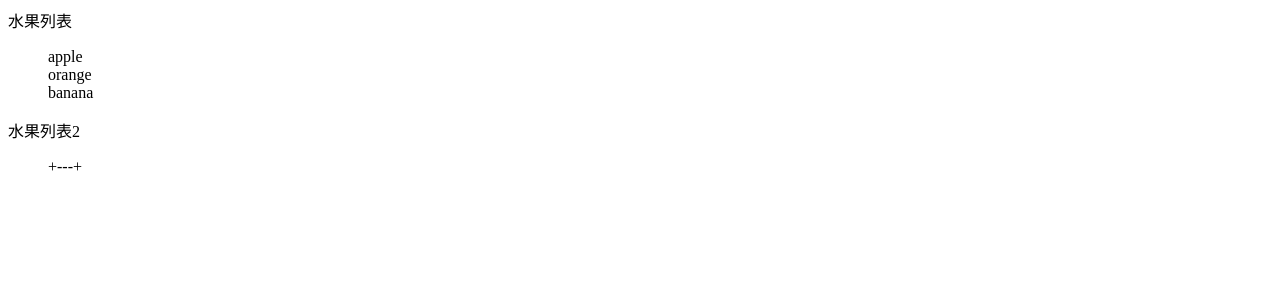
Repository: chenguocan/Vue_demo_1
Page: 循环结构.html
The author's editor kept a copy of each file at every save. The page is drawn from the files as they stood at one save, then again after the next save.
The browser window is 1280 px wide. The pictures show the whole page.

Above is the page before, as saved 2020-07-20 15:49:02.

After the next save:
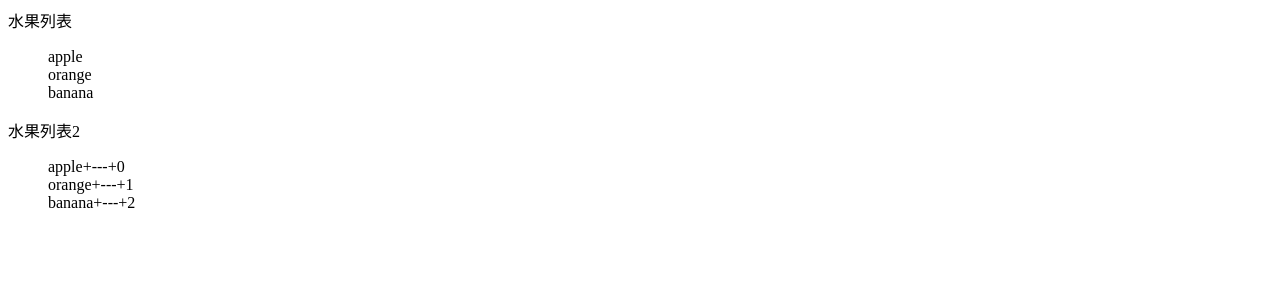
Saved 8 s later.
--- a/循环结构.html
+++ b/循环结构.html
@@ -18,7 +18,7 @@
       </ul>
       <div>水果列表2</div>
       <ul>
-        <li v-for="(item2,index)in fruits">{{item2}}+---+{{index}}</li>
+        <li v-for="(item2,index) in fruits">{{item2}}+---+{{index}}</li>
       </ul>
     </div>
   </body>
